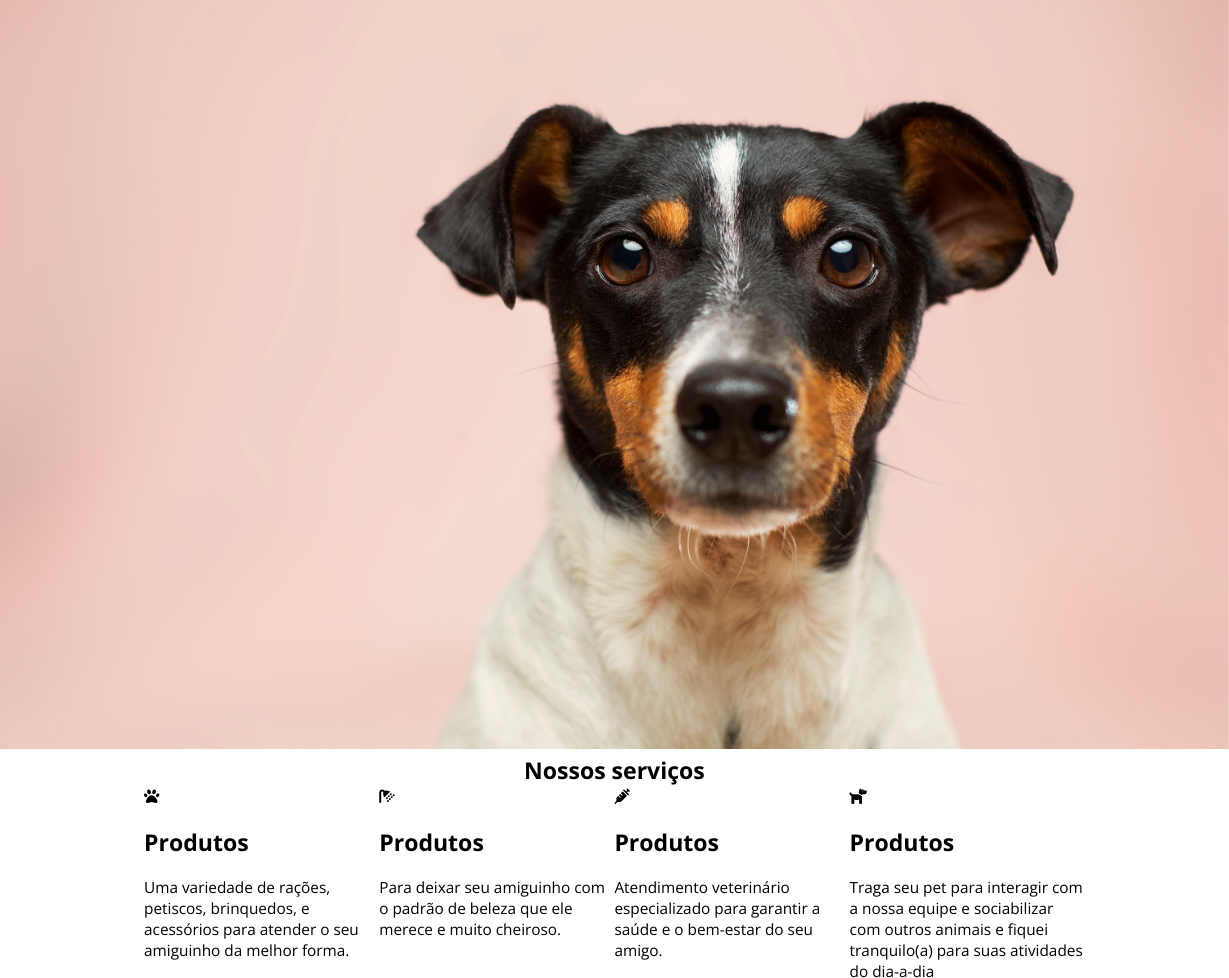
Repository: Carolden/ProhetoPetShop
Page: index.html
An editor plug-in stored every save of this project. The page is shown before and after the next save, followed by the edit.
The browser window is 1280 px wide. The pictures show the part of the page from y = 270 to 1289 px (the page is 2823 px tall), at 96% of full size.
A picture or video elsewhere on the page could not be fetched, so the positions and the page height are approximate.

Above is the page before, as saved 2023-04-28 10:16:38.

After the next save:
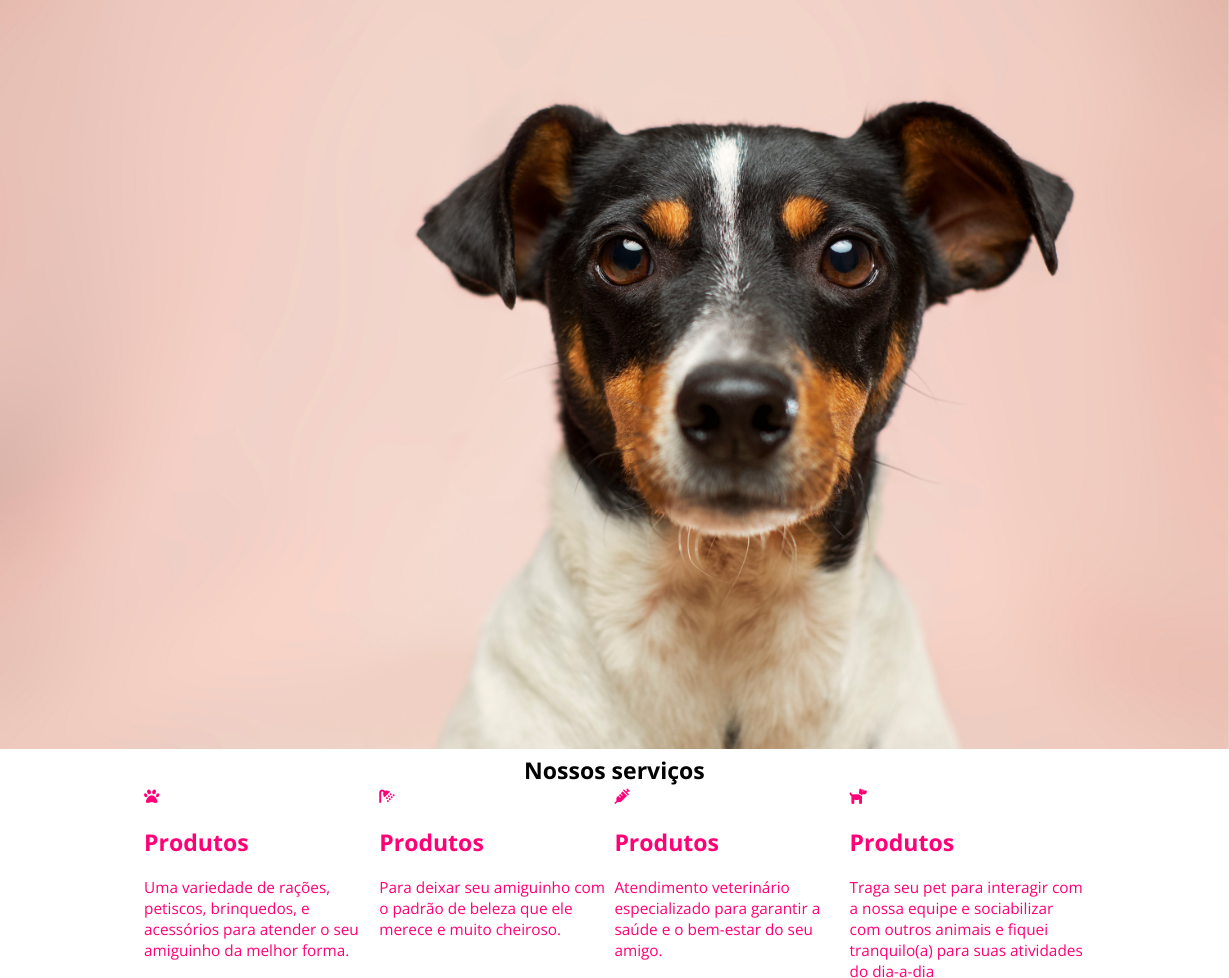
Saved 24 s later.
--- a/index.css
+++ b/index.css
@@ -61,7 +61,7 @@
 
 .servicescolumn {
     width: 25%;
-    align-items: center;
+    color: #FF0077;
 }
 
 .h1 {

After the save that followed:
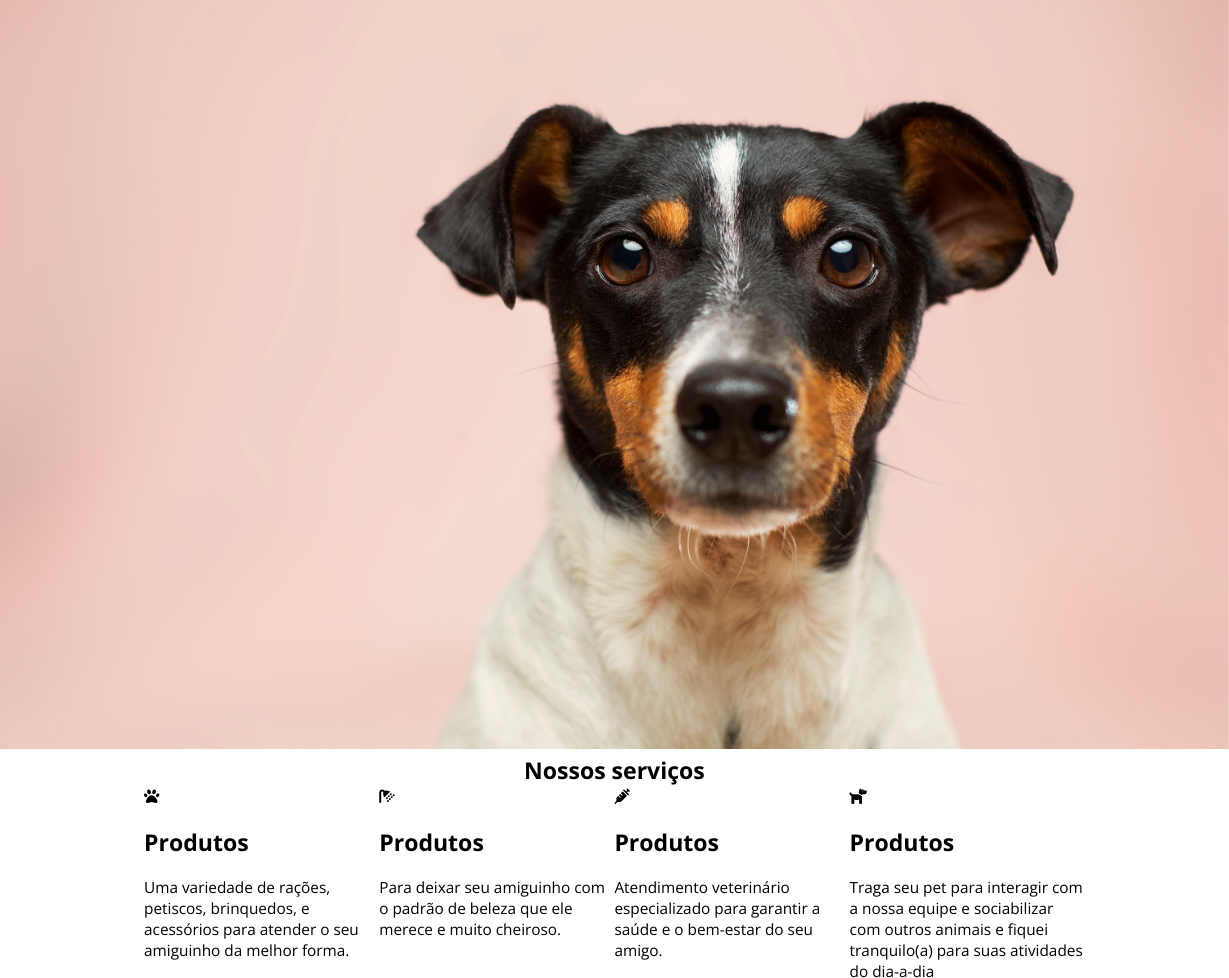
Saved 26 s later.
--- a/index.css
+++ b/index.css
@@ -61,7 +61,10 @@
 
 .servicescolumn {
     width: 25%;
-    color: #FF0077;
+}
+
+.servicescolumn i h2 p {
+    align-items: center;
 }
 
 .h1 {
